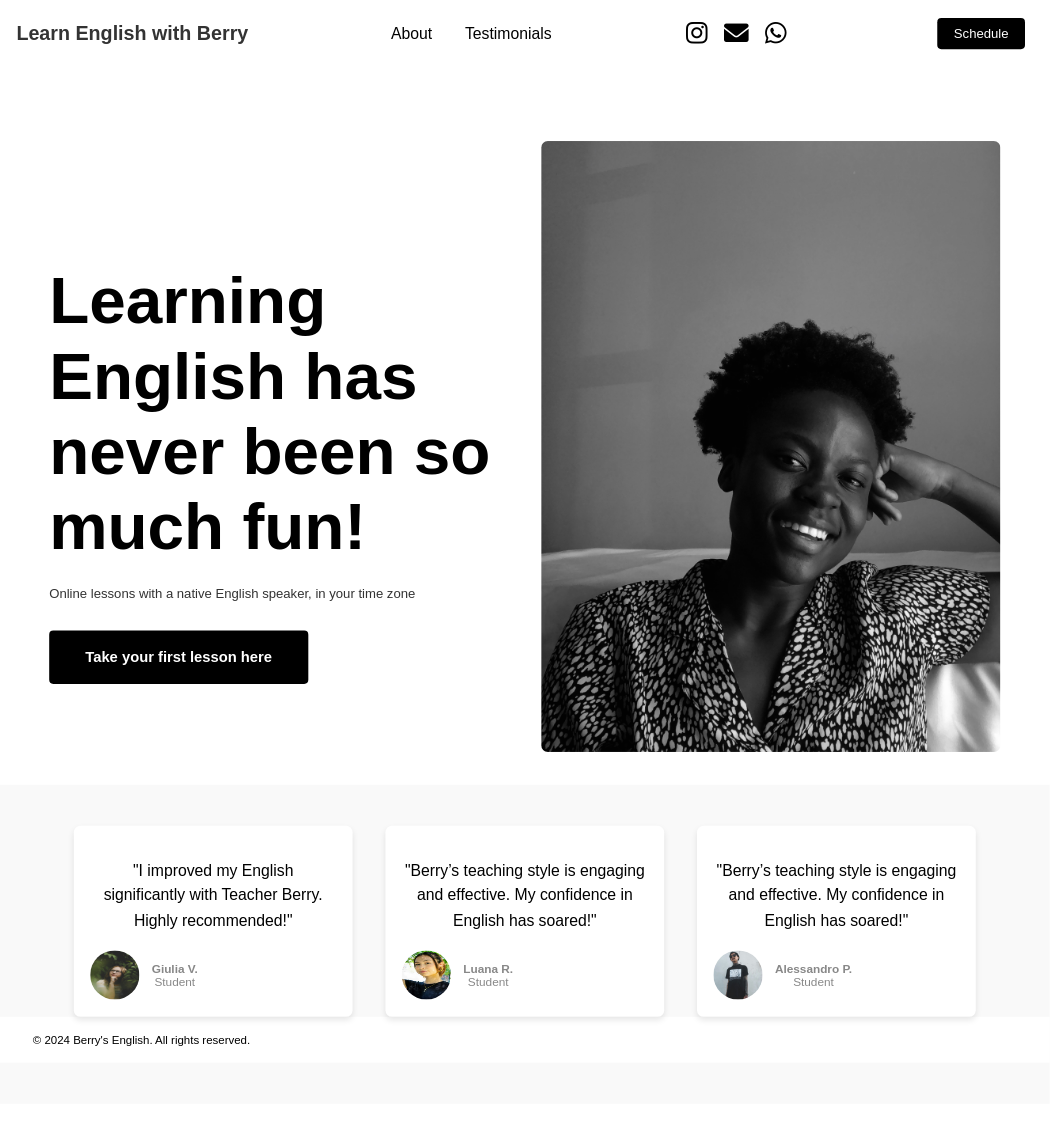
Repository: ntandomagana/esl-landing-page
Page: index.html
These files come from the project's save history. The page is drawn as it stood at one moment and after the next save; the edit follows.
The browser window is 1280 px wide. The pictures show the whole page, at 82% of full size.

Above is the page before, as saved 2024-07-17 14:02:19.

After the next save:
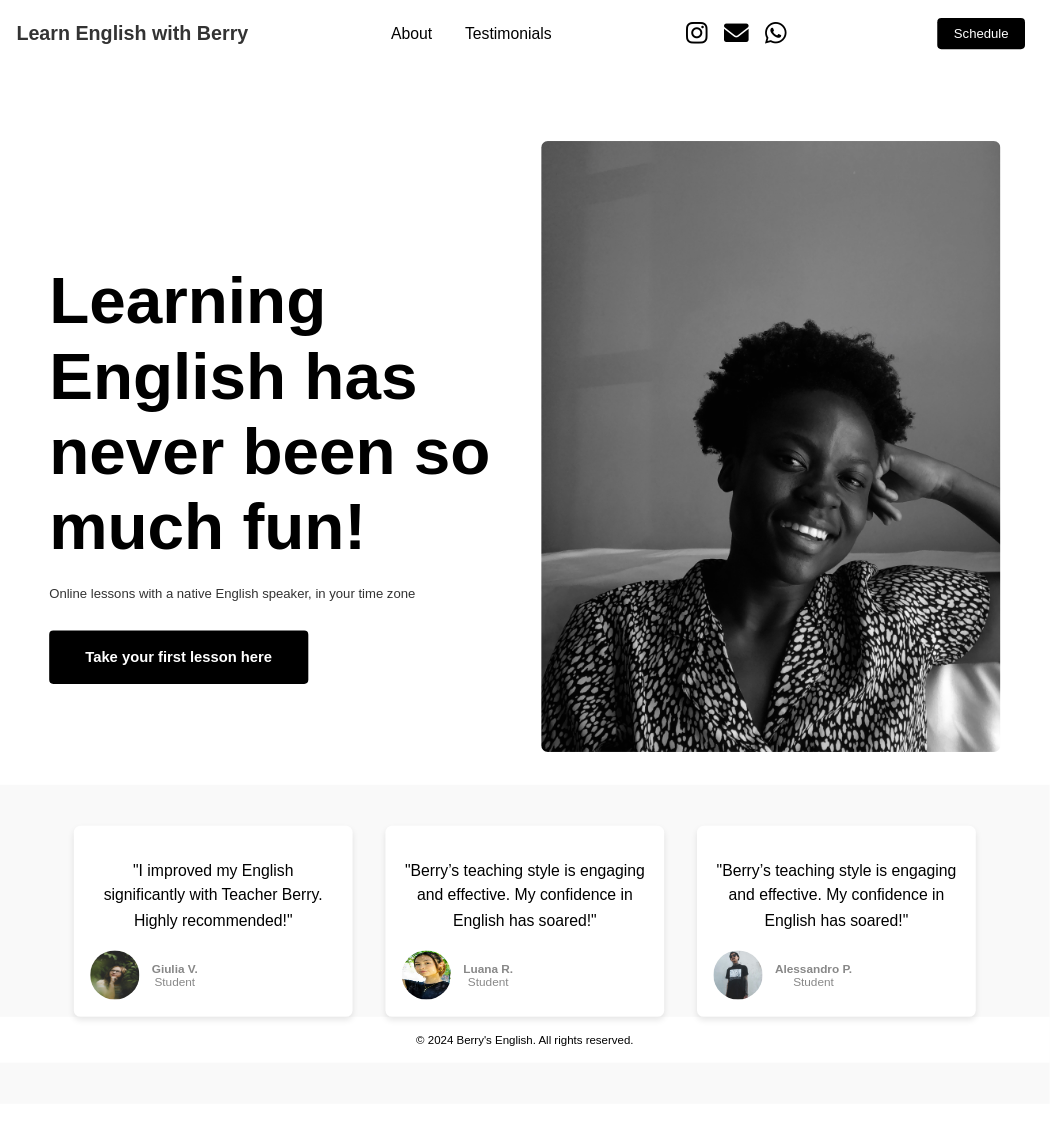
Saved 5 s later.
--- a/index.css
+++ b/index.css
@@ -235,7 +235,7 @@ footer {
 
 .footer-container {
     display: flex;
-    justify-content: space-center;
+    justify-content: center;
     align-items: center;
     max-width: 1200px;
     margin: 0 auto;
